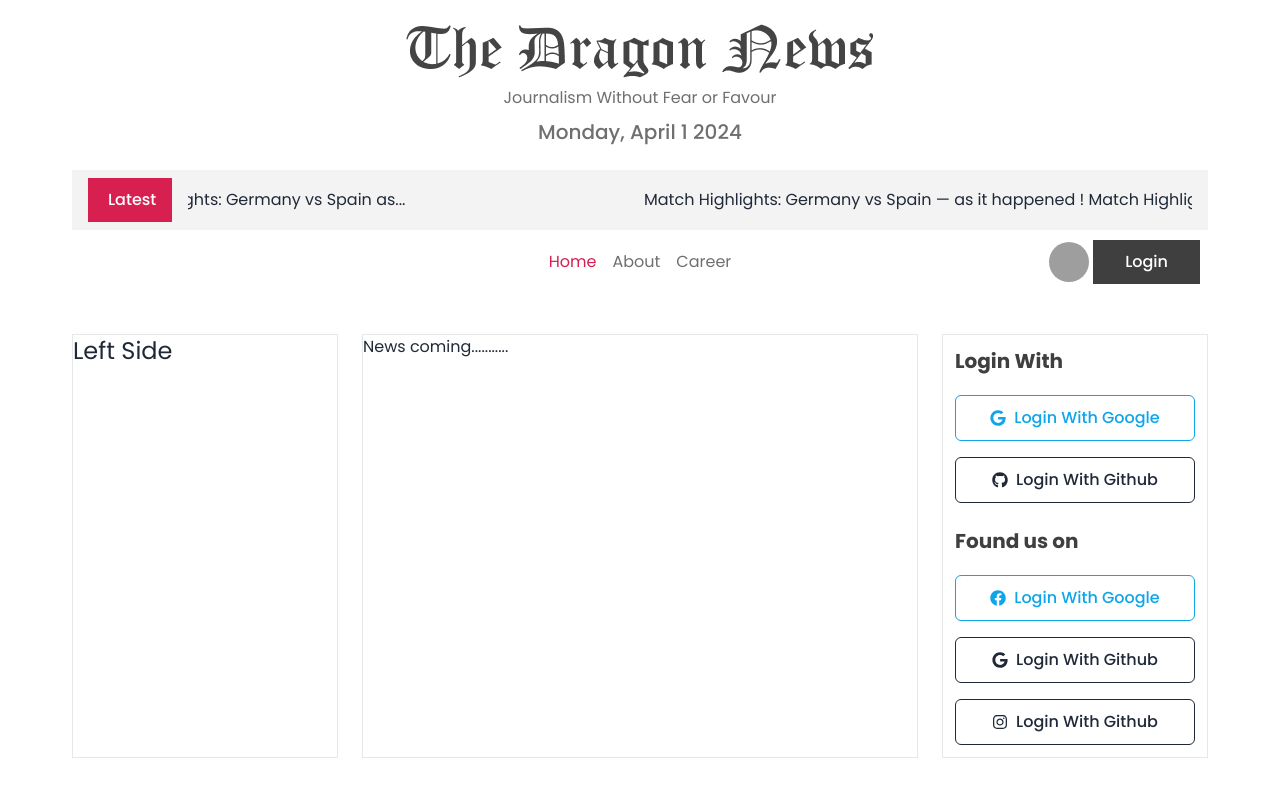
Repository: ShouravAhammed/react-dragon-news-auth
Page: /
These files come from the project's save history. The page is drawn as it stood at one moment and after the next save; the edit follows.
The browser window is 1280 px wide. The pictures show the whole page.
Pictures or frames that could not be fetched are drawn as grey boxes. The project was rebuilt for these pictures with package versions that can differ from the ones it lists, and the page was loaded fresh each time. Also part of the build but not shown: vite.config.js, src/pages/About/About.jsx, src/pages/Career/Career.jsx.

Above is the page before, as saved 2024-04-14 01:38:49.

After the next save:
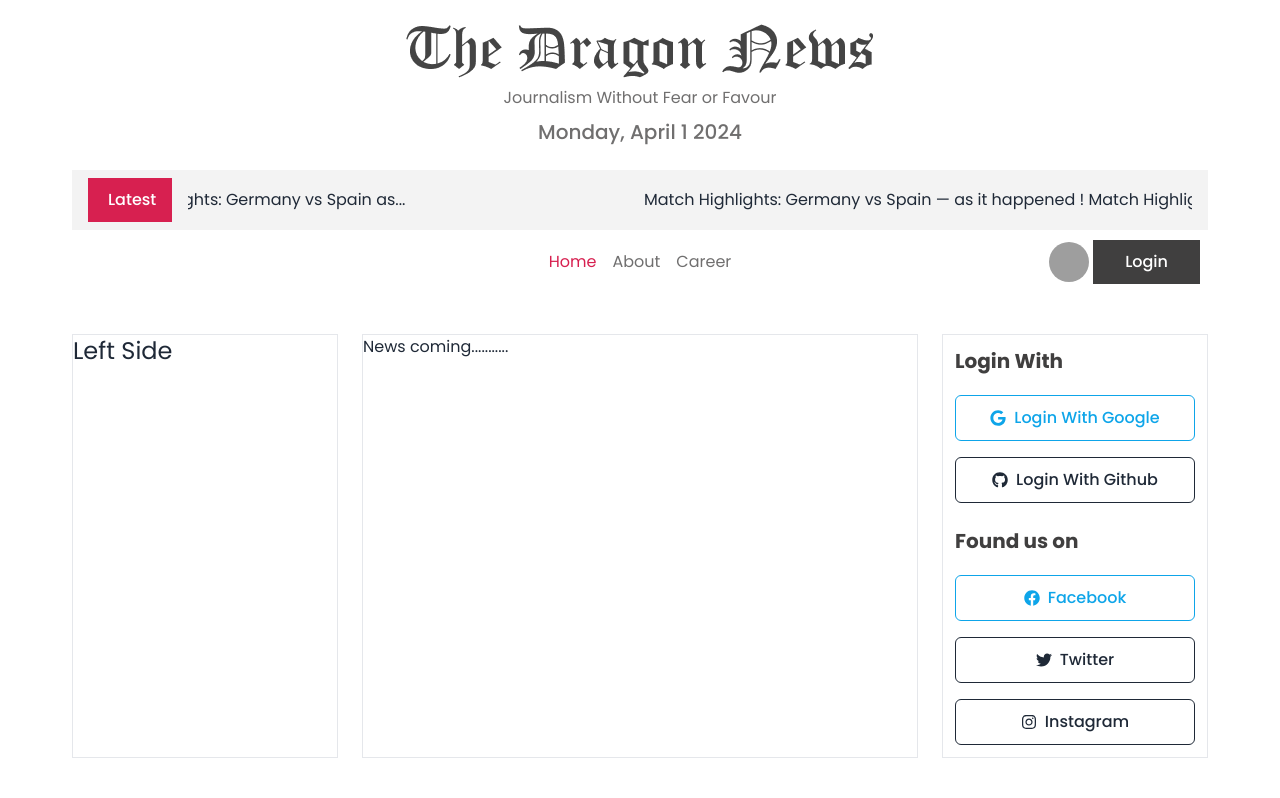
Saved 59 s later.
--- a/src/Components/btnLogin/BtnLogin.jsx
+++ b/src/Components/btnLogin/BtnLogin.jsx
@@ -1,4 +1,4 @@
-import { FaFacebook, FaGithub, FaGoogle, FaInstagram } from "react-icons/fa";
+import { FaFacebook, FaGithub, FaGoogle, FaInstagram, FaTwitter } from "react-icons/fa";
 
 
 const BtnLogin = () => {
@@ -36,7 +36,7 @@ const BtnLogin = () => {
         <span className="absolute top-0 left-0 flex w-full h-0 mb-0 transition-all duration-200 ease-out rounded-md transform translate-y-0 bg-sky-500 group-hover:h-full"></span>
         <div className="flex justify-center items-center gap-2">
         <span className="relative group-hover:text-white"><FaFacebook/></span>
-        <span className="relative group-hover:text-white">Login With Google</span>
+        <span className="relative group-hover:text-white">Facebook</span>
         </div>
       </button>
             <button
@@ -44,8 +44,8 @@ const BtnLogin = () => {
       >
         <span className="absolute top-0 left-0 flex w-full h-0 mb-0 transition-all duration-200 ease-out rounded-md transform translate-y-0 bg-gray-800 group-hover:h-full"></span>
         <div className="flex justify-center items-center gap-2">
-        <span className="relative group-hover:text-white"><FaGoogle /></span>
-        <span className="relative group-hover:text-white">Login With Github</span>
+        <span className="relative group-hover:text-white"><FaTwitter /></span>
+        <span className="relative group-hover:text-white">Twitter</span>
         </div>
       </button>
             <button
@@ -54,7 +54,7 @@ const BtnLogin = () => {
         <span className="absolute top-0 left-0 flex w-full h-0 mb-0 transition-all duration-200 ease-out rounded-md transform translate-y-0 bg-gray-800 group-hover:h-full"></span>
         <div className="flex justify-center items-center gap-2">
         <span className="relative group-hover:text-white"><FaInstagram /></span>
-        <span className="relative group-hover:text-white">Login With Github</span>
+        <span className="relative group-hover:text-white">Instagram</span>
         </div>
       </button>
             </div>
